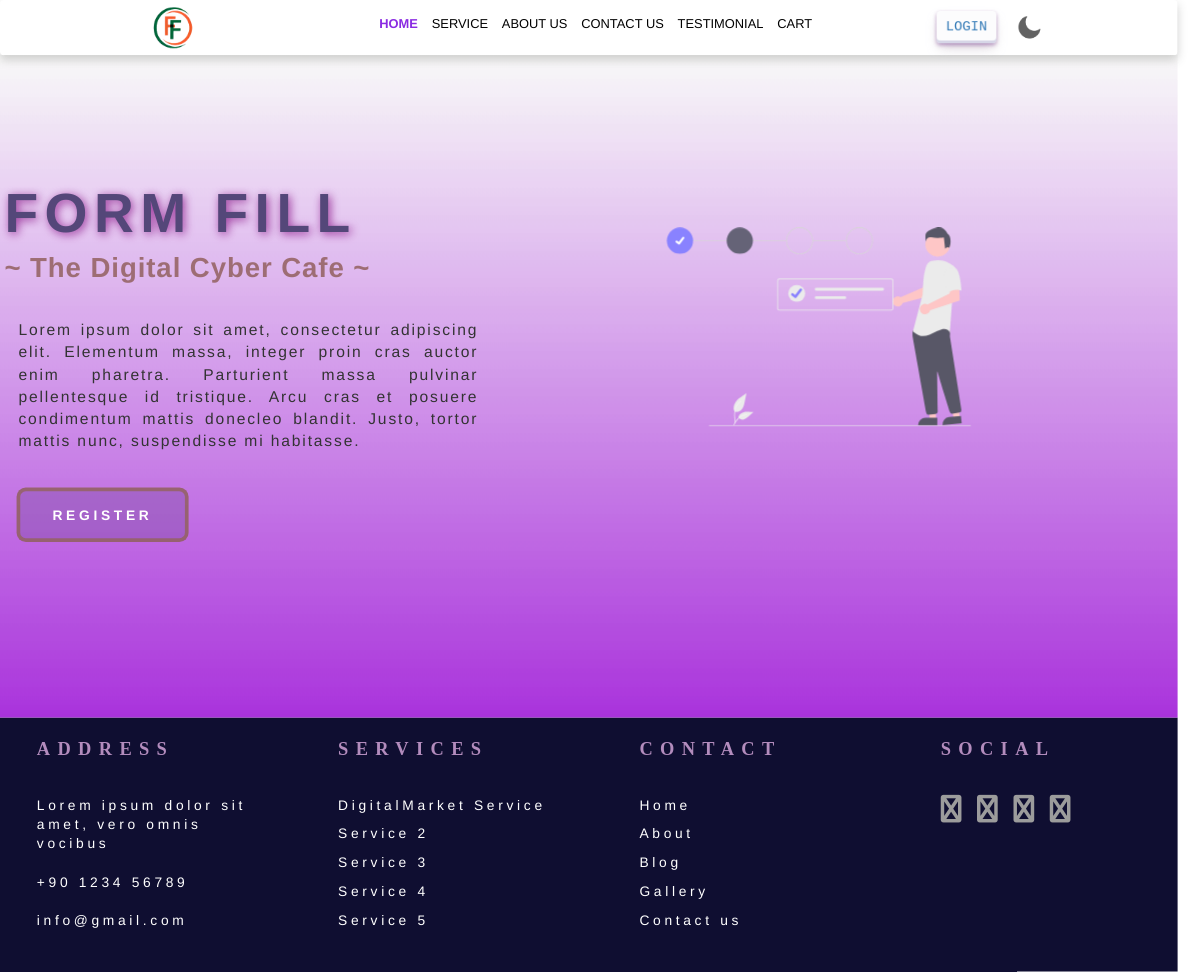
Repository: codervivek5/Formfil
Page: index.html
These files come from the project's save history. The page is drawn as it stood at one moment and after the next save; the edit follows.
The browser window is 1280 px wide. The page is 1295 px wide, so the pictures cover 1295 px, including what lies to the right of the window. The pictures show the whole page, at 92% of full size.
Some web fonts or font styles are not loaded; a fallback is used.

Above is the page before, as saved 2023-03-04 21:45:01.

### index.html
<!DOCTYPE html>
<html lang="en">

<head>
	<meta charset="UTF-8" />
	<meta http-equiv="X-UA-Compatible" content="IE=edge" />
	<meta name="viewport" content="width=device-width, initial-scale=1.0" />
	<title>Home-FormFil</title>
	<link rel="stylesheet" href="style/style.css" />
     <link rel="stylesheet" href="style/theme.css">

	<link rel="stylesheet" href="https://maxcdn.bootstrapcdn.com/bootstrap/3.4.1/css/bootstrap.min.css">
	<script src="https://ajax.googleapis.com/ajax/libs/jquery/3.6.0/jquery.min.js"></script>
     <script src="https://maxcdn.bootstrapcdn.com/bootstrap/3.4.1/js/bootstrap.min.js"></script>

	<link rel="stylesheet" href="https://fonts.googleapis.com/css?family=Trirong" />
	<link rel="icon" type="image/x-icon" href="./img/crop_logo.png" />
	<link rel="stylesheet" href="https://cdnjs.cloudflare.com/ajax/libs/font-awesome/6.2.1/css/all.min.css">
</head>

<body>

    <div class="loader">
          <img class= "imgload" src="img/logo.png"  alt="">
     </div>

     <header class="navbar">
      <a href="index.html"><img class="logo" src="img/logo.png" width="100px" height="100px" /></a>

      <div class="navbar-opt">
        <ul class="navbar-list">
          <li><a href="index.html" class="nav-link active">HOME</a></li>
          <li><a href="pages/service.html" class="nav-link">SERVICE </a></li>
          <li><a href="pages/about_us.html" class="nav-link">ABOUT US </a></li>
          <li><a href="pages/contact-us.html" class="nav-link">CONTACT US </a></li>
          <li><a href="pages/testimonial.html" class="nav-link">TESTIMONIAL</a></li>
          <li><a href="pages/cart.html" class="nav-link">CART</a></li>
        </ul>
      </div>

      <div class="fixed-buttons">
        <button><a href="pages/login.html" class="lgn">LOGIN</a></button>
        <img src="img/moon.png" id="icon">
      </div>

      <div class="mobile-menu">
        <ion-icon name="menu-outline" class="menu-icon"></ion-icon>
        <ion-icon name="close-outline" class="menu-icon"></ion-icon>
      </div>

     </header>

	<div class="main">

		<div class="container">
			<div class="content animated fadeInLeft">
				<h1>FORM FILL</h1>
				<h2>~ The Digital Cyber Cafe ~</h2>
				<p class="para">
					Lorem ipsum dolor sit amet, consectetur adipiscing elit.
          Elementum massa, integer proin cras auctor enim pharetra.
					Parturient massa pulvinar pellentesque id tristique.
          Arcu cras et posuere condimentum mattis donecleo blandit.
          Justo, tortor mattis nunc, suspendisse mi habitasse.
				</p>
				<div class="btn">
					<a href="pages/signup.html"> <button class="btn1 button">REGISTER</button></a>
				</div>
			</div>
			<div class="shipp animated fadeInRight">
				<img src="img/svg.svg" />
        <!-- <img src="img/formfilSvg.svg" /> -->
			</div>
		</div>
	</div>

<!-- footer section -->
<footer>
    <div>
        <div class="row">
            <div class="col-lg-3 col-md-5 col-sm-4 col-xs-12">
                <ul class="adress">
                     <span>Address</span>
                     <li>
                        <p>Lorem ipsum dolor sit amet, vero omnis vocibus</p>
                      </li>

                      <li>
                        <p>+90 1234 56789</p>
                      </li>

                      <li>
                        <p>info@gmail.com</p>
                      </li>
                 </ul>
            </div>
            <div class="col-lg-3 col-md-5 col-sm-4 col-xs-12">
               <ul class="service">
                    <span>Services</span>
                    <li>
                       <a href="#">DigitalMarket Service</a>
                     </li>

                     <li>
                        <a href="#">Service 2</a>
                     </li>

                     <li>
                       <a href="#">Service 3</a>
                     </li>

                     <li>
                        <a href="#">Service 4 </a>
                     </li>

                     <li>
                       <a href="#">Service 5</a>
                    </li>
               </ul>
           </div>
            <div class="col-lg-3 col-md-3 col-sm-4 col-xs-12">
                <ul class="contact">
                     <span>Contact</span>
                     <li>
                        <a href="index.html">Home</a>
                      </li>

                      <li>
                         <a href="pages/about_us.html">About</a>
                      </li>

                      <li>
                        <a href="#">Blog</a>
                      </li>

                      <li>
                         <a href="#">Gallery </a>
                      </li>

                      <li>
                        <a href="pages/contact-us.html">Contact us</a>
                     </li>
                </ul>
            </div>

            <div class="col-lg-3 col-md-3 col-sm-4 col-xs-12">
               <ul class="social">
                    <span>Social</span>
                    <li>
                         <a href="https://www.facebook.com/codervivek"  target="_blank"><i class="fa fa-facebook fa-2x"></i></a>
                    </li>

                    <li>
                         <a href="https://github.com/codervivek5" target="_blank"><i class="fa fa-github fa-2x"></i></a>
                    </li>

                    <li>
                         <a href="https://www.linkedin.com/in/codervivek/" target="_blank"><i class="fa fa-linkedin fa-2x"></i></a>
                    </li>

                    <li>
                         <a href="https://twitter.com/codervivek5" target="_blank"><i class="fa fa-twitter fa-2x"></i></a>
                    </li>

                    <li>
                         <a href="https://www.youtube.com/codervivek" target="_blank"><i class="fa fa-youtube-play fa-2x"></i></a>
                   </li>
                  </ul>
            </div>
       </div>
    </div>
    <button class="back-to-top hidden">
     <svg
     xmlns="http://www.w3.org/2000/svg"
     class="back-to-top-icon"
     fill="none"
     viewBox="0 0 24 24"
     stroke="currentColor"
   >
     <path
       stroke-linecap="round"
       stroke-linejoin="round"
       stroke-width="2"
       d="M7 11l5-5m0 0l5 5m-5-5v12"
     />
   </svg></button>
</footer>


<script>

     // Javascript Code for Dark Mode Switch
	var icon = document.getElementById("icon");
	icon.onclick = function(){
		document.body.classList.toggle("dark-mode");
		if (document.body.classList.contains("dark-mode")){
			icon.src="img/sun.png";
		}
		else {
			icon.src="img/moon.png";
		}
	}
  //javascript for loader
  $(document).ready(function() {
      // Animate loader off screen
   setTimeout(function() {
    $(".loader").fadeOut("slow");
   }, 0);
  });
      // Javascript Code for Scroll to top Button
      const showOnPx = 100;
      const backToTopButton = document.querySelector(".back-to-top")

     const scrollContainer = () => {
       return document.documentElement || document.body;
      };

 document.addEventListener("scroll", () => {
   if (scrollContainer().scrollTop > showOnPx) {
     backToTopButton.classList.remove("hidden")
   } else {
     backToTopButton.classList.add("hidden")
   }
 })
 const goToTop = () => {
   document.body.scrollIntoView({
     behavior: "smooth",
   });
 };
 backToTopButton.addEventListener("click", goToTop);

 const mobile_nav= document.querySelector('.mobile-menu');
const nav_header= document.querySelector(".navbar");

const toggleNav = () =>{
  nav_header.classList.toggle("switchOn");
}

mobile_nav.addEventListener('click', () => toggleNav());

</script>
<script type="module" src="https://unpkg.com/ionicons@5.5.2/dist/ionicons/ionicons.esm.js"></script>
<script nomodule src="https://unpkg.com/ionicons@5.5.2/dist/ionicons/ionicons.js"></script>
</body>
</html>

### style/style.css
@import url('https://fonts.googleapis.com/css2?family=Tilt+Prism&display=swap');

body{
	margin:0;
	padding:0;
	background:black;
font-family: 'Times New Roman', Times, serif;
overflow-x: hidden;
}
.main{
	position: relative;
	height:100%;
	width:100%;
	background-position: center;
	background-repeat: no-repeat;
	background-size: cover;
	/* opacity: 0.8; */

}
.navbar{
    padding: 0 !important;
    padding: 0 3rem;
    height: 6rem;
    display: flex;
    justify-content: space-between;
    align-items: center;
    margin-bottom: 0 !important;
    box-shadow: 0px 5px 10px #48464640 !important;
    z-index: 999;
}

.navbar-opt{
    transition: all 0.5s;
  }

  .navbar-list{
    display: flex;
    gap: 1.5rem;
    list-style: none;
  }

  .fixed-buttons{
    display: flex;
    justify-content: center;
    align-items: center;
    column-gap: 1rem;
  }

  .active{
    font-weight: 700 !important;
  }

  .nav-link:link,
.nav-link:visited {
  display: inline-block;
  text-decoration: none;
  color: black;
}

.mobile-menu{
  display: none;
  background: transparent;
  cursor: pointer;
}

.menu-icon{
  width: 3.2rem;
  height: 3.2rem;
  z-index: 1000;
}

.menu-icon[name="close-outline"]{
  display: none;
}

.fixed-buttons button{
  align-items: center;
  appearance: none;
  background-color: #FCFCFD;
  border-radius: 4px;
  border-width: 0;
  box-shadow: #7b378e7b 0 2px 4px,#c1b6c4a8 0 7px 13px -3px,#D6D6E7 0 -3px 0 inset;
  box-sizing: border-box;
  color: #36395A;
  cursor: pointer;
  display: inline-flex;
  font-family: "JetBrains Mono",monospace;
  height: 3.5rem;
  justify-content: center;
  line-height: 1;
  list-style: none;
  overflow: hidden;
  padding-left: 1rem;
  padding-right: 1rem;
  position: relative;
  text-align: left;
  text-decoration: none;
  transition: box-shadow .15s,transform .15s;
  user-select: none;
  -webkit-user-select: none;
  touch-action: manipulation;
  white-space: nowrap;
  will-change: box-shadow,transform;
  font-size: 1.5rem;
}

.fixed-buttons button:focus {
    box-shadow: #D6D6E7 0 0 0 1.5px inset, rgba(45, 35, 66, 0.4) 0 2px 4px, rgba(45, 35, 66, 0.3) 0 7px 13px -3px, #D6D6E7 0 -3px 0 inset;
  }

  .fixed-buttons button:hover {
    box-shadow: rgba(45, 35, 66, 0.4) 0 4px 8px, rgba(45, 35, 66, 0.3) 0 7px 13px -3px, #D6D6E7 0 -3px 0 inset;
    transform: translateY(-2px);
  }

  .fixed-buttons button:active {
    box-shadow: #D6D6E7 0 3px 7px inset;
    transform: translateY(2px);
  }

@media (max-width:1220px){
    .navbar-list{
      gap: 0.3rem;
    }
  }

  @media (max-width:1030px){
    .mobile-menu{
      display: block;
    }

    .navbar{
      padding: 0 1rem;
      position: relative;
    }

    .navbar-opt{
      width: 100vw;
      height: 100vh;
      background-color: #484646dd;
      position: absolute;
      top: 0;
      left: 0;
      display: flex;
      justify-content: center;
      /* transform: translateY(100%); */
      transition: all 0.5s linear;
      opacity: 0;
      visibility: hidden;
      pointer-events: none;
    }

    .navbar-list{
      flex-direction: column;
      align-items: center;
      justify-content: center;
      font-size: 1.7rem;
      font-weight: 500;
    }

    .switchOn .navbar-opt{
      opacity: 1;
      visibility: visible;
      pointer-events: auto;
    }

    .switchOn .mobile-menu .menu-icon[name="close-outline"]{
      display: block;
    }

    .switchOn .mobile-menu .menu-icon[name="menu-outline"]{
      display: none;
    }

  }

  .nav-link:hover{
    color: grey !important;
  }

    /* ____________________________________________________________________________________________________________ */

.container{
    display: flex;
    justify-content: space-between;
    align-items: center;
    position: relative;
    top: 20vh;
    padding: 0px 25px;
}
.shipp{
  margin-top: -90px;
  padding-left: 50px;
}
.shipp img{
    width: 60vh;
}
.content{
  display: flex;
  flex-direction: column;
  margin-left: -110px;
}
.content h1{
    color: #2a1958;
    text-shadow: 2px 2px 10px purple;
    font-size: 6rem;
    letter-spacing: 7px;
    margin-top: -5px;
    font-weight: bold;
}
.content h2{
	width:100%;
  font-weight: bold;
  margin-top: -1px;
  letter-spacing: 1px;
}
.content .para{
  color: black;
	width:100%;
  text-align: justify;
  font-size: 17px;
  margin-top: 30px;
  padding-left: 60px;
  letter-spacing: 2px;
  font-weight: 500;

}
.content .btn{
  text-align: left;
  margin-left: 45px;
  margin-top: 20px;
}
.content button{
    padding: 15px 35px;
    border-radius: 10px;
    border: none;
    background-color: rgba(90, 34, 139,0.4) !important;
    /* border: 4px solid rgba(90, 34, 139); */
    border: 4px solid rgba(122, 60, 60, 0.87);
    color: white !important;
    font-weight: bold !important;
    letter-spacing: 4px;
    font-size: 15px !important;
    transition: transform .2s;
}
.btn1:hover{
  transform: scale(1.15);
  background-color: rgba(90, 34, 139,0.2) !important;
  color: white !important;
}

@media only screen and (max-width: 1300px){
    .shipp img{
      width: 50vw;
      height: 30vh;
  }
  }

  @media only screen and (max-width: 500px){
    .container{
      display: flex;
      flex-direction: column;
      padding: 0 !important;
      margin: 0 !important;
    }
    .content{
      width: 100vw;
      display: flex;
      flex-direction: column;
      justify-content: center;
      align-items: center;
      padding: 0 !important;
      margin: 0 !important;
    }
    .shipp img{
      width: 50vw;
      height: 40vh;
  }
  .content h1{
    font-size: 3rem;
  }
  .content h2{
    font-size: 2rem;
  }
  .content .para{
    font-size: 1.5rem;
  }
  }
/* footer */
footer{
     background-color: #0f0e31;
     padding:20px 0px;
     z-index: 1;
}

footer ul li{
    padding:5px 0px;
}

.adress span , .contact span , .social span, .service span{
   color: #FFF;
   font-weight: 800;
   padding-bottom: 10px;
   margin-bottom: 20px;
   display: block;
   text-transform: uppercase;
   font-size: 20px;
   letter-spacing: 3px;
}

.adress li p , .contact li a , .social li a, .service li a{
    color:#FFF;
    letter-spacing: 2px;
    text-decoration:none;
    font-size:15px;
    font-style: sans-serif;
}

.social li{
    float:left;
}

.adress , .contact , .social , .service{
    list-style: none;
}

.fa{
    color:#9c9c9c;
    margin-right: 15px;
    font-size:24px;
}
.service span{
    letter-spacing: 8px;
    font-family:'Tilt Prism', cursive;
    color:rgb(179,140,189);
}
.contact span{
    letter-spacing: 8px;
    font-family: 'Tilt Prism', cursive;
    color:rgb(179,140,189);

}
.adress span{
    letter-spacing: 8px;
    font-family:'Tilt Prism', cursive;
    color:rgb(179,140,189);
}
.social span{
    letter-spacing: 8px;
    font-family:'Tilt Prism', cursive;
    color:rgb(179,140,189);
}
.service a{
    letter-spacing: 4px !important;
    position: relative;
    transition: all 0.5s ease;
    -webkit-transition: all 0.5s ease;
}
.service a:hover {
    color: rgb(137,130,255) !important;
    transition: all 1s ease;
    -webkit-transition: all 1s ease;
}

 .service a:before, .service a:after {
  content: '';
  position: absolute;
  width: 0%;
  height: 1px;
  bottom: -1px;
  background:rgb(204,214,246);
}

.imgload{
	height: 25%;
	width: 15%;

}
.loader{
    position: fixed;
    z-index: 1;
    top: 0;
    left: 0;
    background: #7b378ec4;
    height: 100%;
    width: 100%;
    display: flex;
    justify-content: center;
    align-items: center;
  }

  .loader.hidden{
    animation: fadeOut 2s forwards;
  }
  @keyframes fadeOut {
    100%{
      opacity: 100%;
      visibility: hidden;
    }
  }



.adress p{
    letter-spacing: 4px !important;
    position: relative;
    transition: all 0.5s ease;
    -webkit-transition: all 0.5s ease;
}
.adress p:hover {
    color: rgb(14, 214, 3) !important;
    transition: all 1s ease;
    -webkit-transition: all 1s ease;
}
.contact a{
    letter-spacing: 4px !important;
    position: relative;
    transition: all 0.5s ease;
    -webkit-transition: all 0.5s ease;
}
.contact a:hover {
    color: rgb(212, 1, 227) !important;
    transition: all 1s ease;
    -webkit-transition: all 1s ease;
}
.social i{
    position: relative;
}
.social i:hover {
    color: rgb(15, 3, 252) !important;
    transition: all 1s ease;
    -webkit-transition: all 1s ease;
}
.back-to-top {
    position: fixed;
    right: 2rem;
    bottom: 2rem;
}
.hidden {
    display: none;
        opacity: 0%;

  }
.back-to-top {
    position: fixed;
    right: 2rem;
    bottom: 2rem;
    border-radius: 100%;
    background: gray;
    padding: 1.5rem;
    border: none;
    cursor: pointer;
    opacity: 100%;
    transition: opacity 0.5s;
  }
  .back-to-top-icon {
    width: 2rem;
    height: 2rem;
    color: white;
  }
  .back-to-top:hover {
    opacity: 60%;
  }

.footerpart{
	text-align: center;
}
.animated {
  -webkit-animation-duration: 5s;
  animation-duration: 5s;
  -webkit-animation-fill-mode: both;
  animation-fill-mode: both;
}

@-webkit-keyframes fadeInLeft {
  0% {
     opacity: 0;
     -webkit-transform: translateX(-100px);
  }
  100% {
     opacity: 1;
     -webkit-transform: translateX(0);
  }
}
.fadeInLeft {
  -webkit-animation-name: fadeInLeft;
  animation-name: fadeInLeft;
}


@-webkit-keyframes fadeInRight {
  0% {
     opacity: 0;
     -webkit-transform: translateX(100px);
  }
  100% {
     opacity: 1;
     -webkit-transform: translateX(0);
  }
}

.fadeInRight {
  -webkit-animation-name: fadeInRight;
  animation-name: fadeInRight;
}



    /* ____________________________________________________________________________________________________________ */

### style/theme.css
:root{
	--color--main: linear-gradient(rgba(244, 245, 243, 0.712),rgb(148,0,211));
	--color--footer: rgb(119, 5, 100);
	--color--h1: #2a1958;
	--color--h2: rgba(122, 60, 60, 0.87);
	--color--p: black;
	--color--btn: #2a1958;
	--color--nav: black;
	--color--nav_before:#2a1958;
	--color--customnav: white;
}
.dark-mode{
	--color--main: linear-gradient(#4b075ac4,rgba(28, 1, 41, 0.712));
	--color--footer: rgb(65, 3, 55);
	--color--h1: rgb(255, 255, 255);
	--color--h2: rgb(233, 233, 233);
	--color--p: white;
	--color--btn: #130735;
	--color--nav: rgb(215, 244, 248);
	--color--nav_before:rgb(215, 244, 248);
	--color--customnav: rgb(174, 147, 180);
}
#icon{
	width: 30px;
	cursor: pointer;
	margin: 10px;
}
.main{
	position: relative;
	height:100vh;
	width:100%;
	background:var(--color--main);
	background-position: center;
	background-repeat: no-repeat;
	background-size: cover;
	opacity: 0.8;
}
.navbar{
	background-color: var(--color--customnav);
}

.nav-link{
	color: var(--color--p) !important;
}

.active{
	color: blueviolet !important;
}
.content h1{
    color:var(--color--h1);
margin-left: 8%;
}
.content h2{
    color: var(--color--h2);
    margin-left: 8%;
}
.content .para{
    color: var(--color--p);
}
.content .btn1 {
    background-color: var(--color--btn);
    color:honeydew;

}
.footer{
	background-color:var(--color--footer);
	display: block;
	justify-content: center;
	align-items: center;
	width: 100%;
	height: 40vh;

}

After the next save:
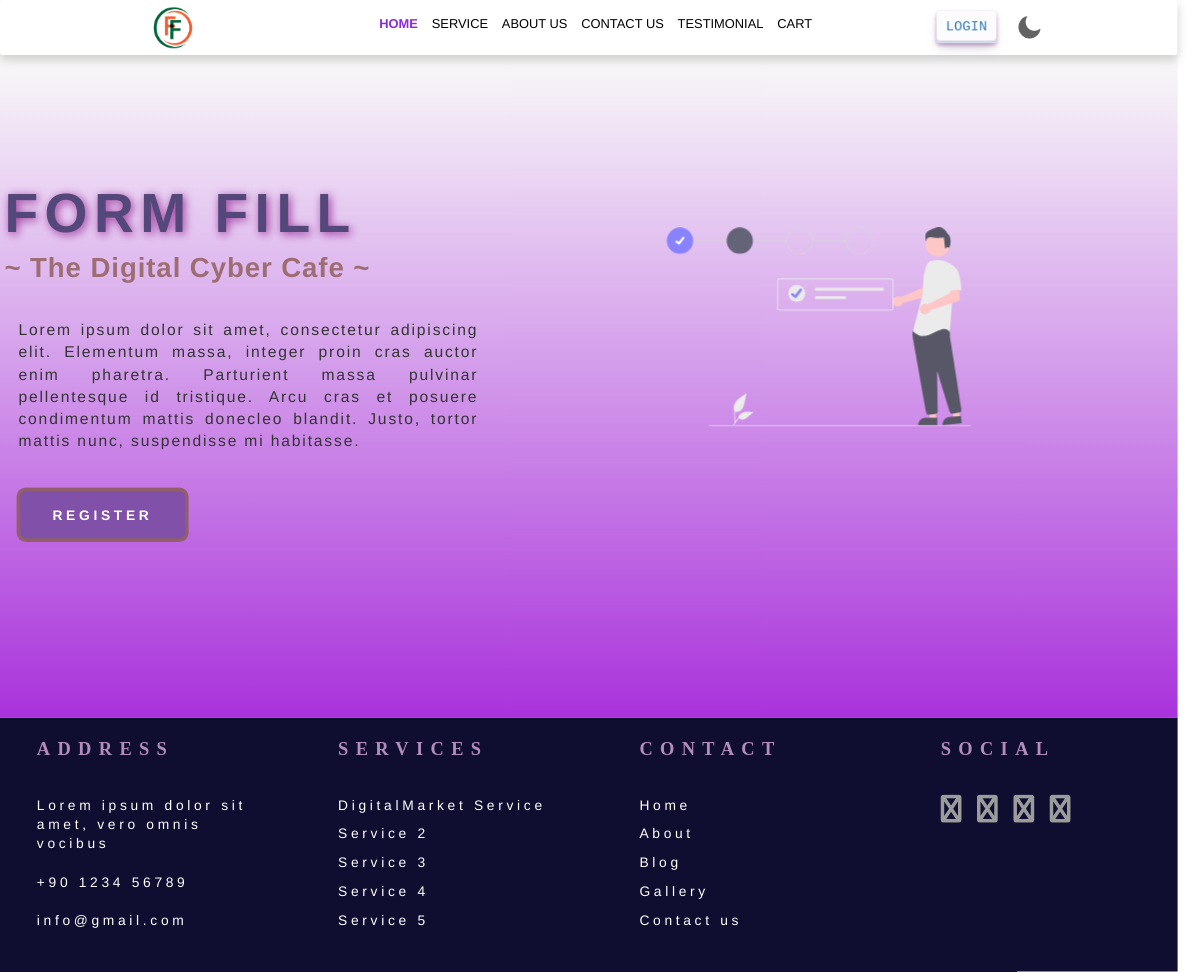
Saved 8 s later.
--- a/style/style.css
+++ b/style/style.css
@@ -234,7 +234,7 @@ overflow-x: hidden;
     padding: 15px 35px;
     border-radius: 10px;
     border: none;
-    background-color: rgba(90, 34, 139,0.4) !important;
+    background-color: rgba(90, 34, 139,0.9) !important;
     /* border: 4px solid rgba(90, 34, 139); */
     border: 4px solid rgba(122, 60, 60, 0.87);
     color: white !important;
